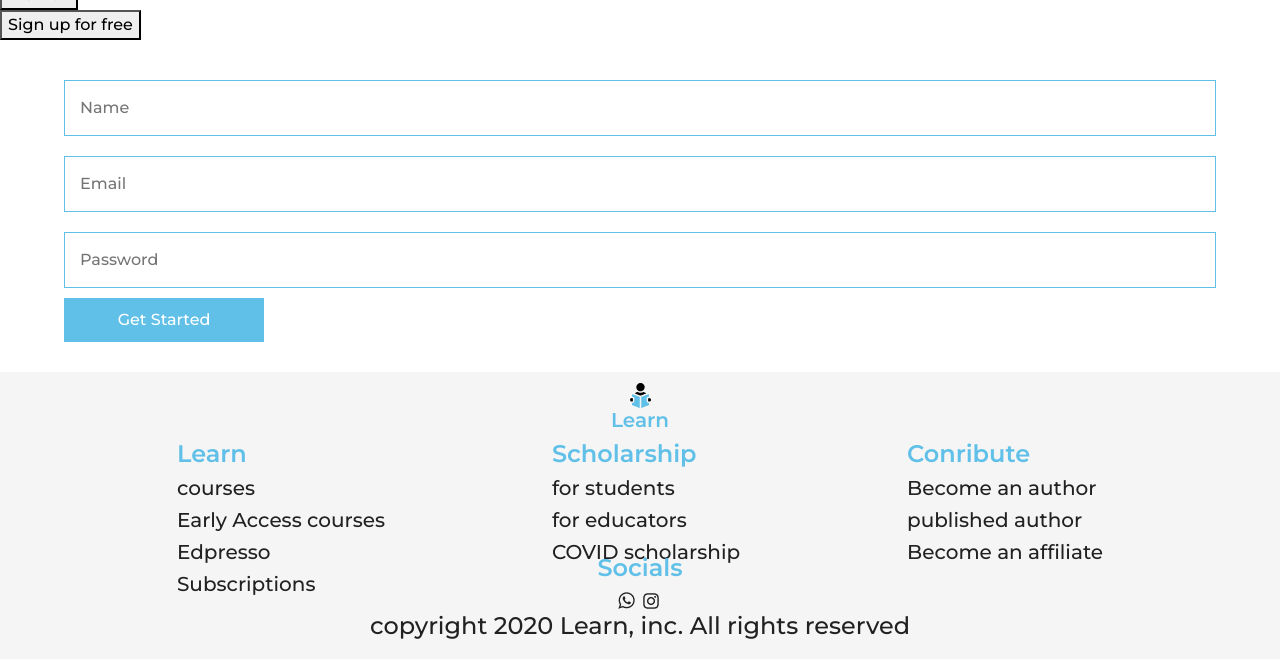
Repository: TiaraOluwanimi/team5
Page: tutor.html
These files come from the project's save history. The page is drawn as it stood at one moment and after the next save; the edit follows.
The browser window is 1280 px wide. The pictures show the part of the page from y = 2365 to 3024 px (the page is 3024 px tall before and 2964 px after).
A picture or video elsewhere on the page could not be fetched, so the positions and the page height are approximate. Some web libraries are served in a nearby version.

Above is the page before, as saved 2020-08-08 11:37:25.

### tutor.html
<!DOCTYPE html>
<html lang="en">
  <head>
    <meta charset="UTF-8" />
    <meta name="viewport" content="width=device-width, initial-scale=1.0" />
    <title>Online Tutoring</title>
    <!-- Custom Css -->
    <link rel="stylesheet" href="./assets/css/header-footer.css" />
    <link rel="stylesheet" href="./assets/css/tutor.css" />
    <link rel="stylesheet" href="./assets/css/testimonial.css" />
    <!-- Favicon -->
    <link rel="shortcut icon" href="" type="image/x-icon" />
    <!---------------------- CDNs----------------- -->
    <!-- Bootstrap CSS CDN -->
    <link
      rel="stylesheet"
      href="https://maxcdn.bootstrapcdn.com/bootstrap/4.0.0/css/bootstrap.min.css"
      integrity="sha384-Gn5384xqQ1aoWXA+058RXPxPg6fy4IWvTNh0E263XmFcJlSAwiGgFAW/dAiS6JXm"
      crossorigin="anonymous"
    />
    <!-- fontawesome CDN -->
    <!-- Google Font -->
    <link href="https://fonts.googleapis.com/css2?family=Montserrat:wght@500;600&display=swap" rel="stylesheet">
    <!-- Font Awesome -->
    <script src="https://kit.fontawesome.com/0f19ba4771.js" crossorigin="anonymous"></script>

</head>

<body>
    <!-- Welcome to this online tutoring website. 😊 -->
    <!--  Header  -->
    <nav class="nav1">
      <a href="#"><img src="./assets/img/logo.png" alt="" /></a>
      <div class="nav1div1">
        <img
          class="searchicon"
          onclick="displaySearchBar()"
          src="./assets/img/search.png"
          alt=""
        />
        <button class="nav1butt1">Log in</button>
        <button class="nav1butt2">Join for free</button>
      </div>
      <div class="nav1div2 display">
        <input
          class="searchbar"
          type="text"
          placeholder="Enter Text here"
          name=""
          id=""
        />
      </div>
    </nav>

    <!-- Landing Page -->
    <div class="div1">
        <img class="div1img1" src="./assets/img/hero-img.png" alt="">
        <div class="div1div1">
            <i class="fas fa-play-circle fa-2x div1img2"></i>
            &nbsp;&nbsp;&nbsp;
            <h3 class="div1hh1">TAKE A TOUR</h3>
        </div>
    </div>

    <div class="div2">
        <h1 class="div2hh1">
            LEARN ALL YOU WANT, AT YOUR OWN
            <span class="div2hh2">PACE.</span>
        </h1>
        <h4 class="div2hh3">
            Lorem ipsum dolor sit amet, consectetur
            adipiscing elit, sed do eiusmod tempor
            incididunt ut labore et dolore magna
            aliqua. Ut enim ad minim veniam, quis
            nostrud exercitation ullamco laboris nisi
            ut aliquip ex ea commodo consequat.
        </h4>
        <div class="div2div1">
            <button class="div2butt1">Get Started</button>
        </div>
    </div>
    <!-- join us section -->
    <section id="join-us" class="py-5" style="position: relative;">
        <div style="position: absolute; right: 0px; top:-10px;">
          <img src="./assets/img/Ellipse 13.png" alt="" class="img-fluid" />
        </div>
        <div class="container">
          <div class="row">
            <div class="col-12 mx-auto text-center">
              <h4 class="mx-auto sec-head">
                <span><strong>Join Us</strong></span>
              </h4>
              <p>
                Join us for free classes taught by experts. And explore hundreds
                of free online classes.
              </p>
            </div>
            <div class="row py-3">
                <div class="col-md-4 text-center my-3">
                  <div class="box-shadow py-3">
                    <img
                      src="./assets/img/course.png"
                      alt=""
                      class="join-img img-fluid rounded-circle w-50"
                    />
                    <h4 class="my-5"><strong>Choose a Course</strong></h4>
                  </div>
                </div>
                <div class="col-md-4 text-center my-3">
                  <div class="box-shadow py-3">
                    <img
                      src="./assets/img/skillset.png"
                      alt=""
                      class="join-img img-fluid rounded-circle w-50"
                    />
                    <h4 class="my-5"><strong>Grow your skillset</strong></h4>
                  </div>
                </div>
                <div class="col-md-4 text-center my-3">
                  <div class="box-shadow py-3">
                    <img
                      src="./assets/img/mentorship.png"
                      alt=""
                      class="join-img img-fluid rounded-circle w-50"
                    />
                    <h4 class="my-5"><strong>Meet a mentor</strong></h4>
                  </div>
                </div>
                <button
                  class="btn btn-lg btn-outline-primary py-3 px-5 rounded-0 mx-auto"
                >
                  View All
                </button>
              </div>
            </div>
          </section>

    <!-- service section -->
    <section id="services" class="py-5" style="position: relative;">
      <div style="position: absolute; left: 0px; top: -30px;">
        <img src="./assets/img/Ellipse 10.png" alt="" />
      </div>
      <div
        style="position: absolute; right: 0px; top: 30%; transform: scale(-1);"
      >
        <img src="./assets/img/Ellipse 10.png" alt="" />
      </div>
      <div class="container">
        <div class="row">
          <div class="col-12 mx-auto text-center">
            <h4 class="mx-auto sec-head">
              <span><strong>Services</strong></span>
            </h4>
            <p>
              Helping over 5,000 students reach their ultimate goals with our
              special packages.
            </p>
          </div>
        </div>
        <div class="row p-3">
          <div class="col-md-4 text-center py-3">
            <h4><strong>Get help, FAST</strong></h4>
            <img
              src="./assets/img/hourglass 1.png"
              alt=""
              class="img-fluid w-25 my-3"
            />
            <p class="my-3" style="font-size: 14px;">
              Lorem ipsum dolor sit amet, consectetur adipiscing elit, sed do
              eiusmod tempor incididunt ut labore et dolore magna aliqua. Ut
              enim ad minim veniam, quis nostrud exercitation ullamco laboris
              nisi ut aliquip ex ea commodo consequat. um.
            </p>
            <h6 class="border py-3 px-1 mx-3 border-primary">
              Learn More <i></i>
            </h6>
          </div>
          <div class="col-md-4 text-center py-3">
            <h4><strong>Personalised tutoring</strong></h4>
            <img
              src="./assets/img/teacher 1.png"
              alt=""
              class="img-fluid w-25 my-3"
            />
            <p class="my-3" style="font-size: 14px;">
              Lorem ipsum dolor sit amet, consectetur adipiscing elit, sed do
              eiusmod tempor incididunt ut labore et dolore magna aliqua. Ut
              enim ad minim veniam, quis nostrud exercitation ullamco laboris
              nisi ut aliquip ex ea commodo consequat. um.
            </p>
            <h6 class="border py-3 px-1 mx-3 border-primary">
              Learn More <i></i>
            </h6>
          </div>
          <div class="col-md-4 text-center py-3">
            <h4><strong>80+ Courses</strong></h4>
            <img
              src="./assets/img/test 1.png"
              alt=""
              class="img-fluid w-25 my-3"
            />
            <p class="my-3" style="font-size: 14px;">
              Lorem ipsum dolor sit amet, consectetur adipiscing elit, sed do
              eiusmod tempor incididunt ut labore et dolore magna aliqua. Ut
              enim ad minim veniam, quis nostrud exercitation ullamco laboris
              nisi ut aliquip ex ea commodo consequat. um.
            </p>
            <h6 class="border py-3 px-1 mx-3 mx-lg-1 border-primary">
              Learn More <i></i>
            </h6>
          </div>
        </div>
      </div>
    </section>
    <!-- Testimonial section -->
    <section>
      <div>
        <div class="testimonial-heading">
          <div>
            <hr>
            <span>Testimonials</span>
            <hr>
          </div>
          <p>what our awesome client are saying</p>
        </div>
        <div  id="testimonial-details">
          <div class="testimonial-card col-3">
            <img src="./assets/img/Ellipse 7.png" alt="">
            <div class="testimonial-statement">
              <p>Lorem ipsum dolor sit amet, consectetur adipiscing elit, sed do odo consequat. um.</p>
            </div>
            <p>-Rafiu</p>
          </div>
          <div class="testimonial-card col-3">
            <img src="./assets/img/Ellipse 7.png" alt="">
            <div class="testimonial-statement">
              <p>Lorem ipsum dolor sit amet, consectetur adipiscing elit, sed do odo consequat. um.</p>
            </div>
            <p>-Rafiu</p>
          </div>
          <div class="testimonial-card col-3">
            <img src="./assets/img/Ellipse 7.png" alt="">
            <div class="testimonial-statement">
              <p>Lorem ipsum dolor sit amet, consectetur adipiscing elit, sed do odo consequat. um.</p>
            </div>
            <p>-Rafiu</p>
          </div>

        </div>
          <button>View all</button>
        <div id="sign-button">

          <button>Sign up for free</button>
        </div>
        <div class="testimonial-container">
          <form >
            <input type="text" placeholder="Name">
            <input type="email" placeholder="Email">
            <input type="password" placeholder="Password">
            <button>Get Started</button>
          </form>
        </div>
      </div>
    </section>
    <!--  Footer  -->
    <footer class="footer1">
      <div class="footer1div1">
        <img class="footer1img1" src="./assets/img/logo.png" alt="" />
        <h5 class="footer1hh1">Learn</h5>
      </div>

      <div class="footer1div2">
        <div class="footer1div3">
          <h4 class="footer1hh2">Learn</h4>
          <a href="" class="footer1link1"
            ><h5 class="footer1hh3">courses</h5></a
          >
          <a href="" class="footer1link1"
            ><h5 class="footer1hh3">Early Access courses</h5></a
          >
          <a href="" class="footer1link1"
            ><h5 class="footer1hh3">Edpresso</h5></a
          >
          <a href="" class="footer1link1"
            ><h5 class="footer1hh3">Subscriptions</h5></a
          >
        </div>
        <div class="footer1div4">
          <h4 class="footer1hh2">Scholarship</h4>
          <a href="" class="footer1link1"
            ><h5 class="footer1hh3">for students</h5></a
          >
          <a href="" class="footer1link1"
            ><h5 class="footer1hh3">for educators</h5></a
          >
          <a href="" class="footer1link1"
            ><h5 class="footer1hh3">COVID scholarship</h5></a
          >
        </div>
        <div class="footer1div5">
          <h4 class="footer1hh2">Conribute</h4>
          <a href="" class="footer1link1"
            ><h5 class="footer1hh3">Become an author</h5></a
          >
          <a href="" class="footer1link1"
            ><h5 class="footer1hh3">published author</h5></a
          >
          <a href="" class="footer1link1"
            ><h5 class="footer1hh3">Become an affiliate</h5></a
          >
        </div>
      </div>

      <div class="footer1div6">
        <h4 class="footer1hh2 redd">Socials</h4>
        <a href="#"><img src="./assets/img/whatsapp.png" alt="" /></a>
        <a href="#"><img src="./assets/img/instagram.png" alt="" /></a>
      </div>

      <h4 class="footer1hh4">
        copyright 2020 Learn, inc. All rights reserved
      </h4>
    </footer>

    <!---------------------- CDNs----------------- -->
    <!-- jQuery CDN -->
    <script
      src="https://code.jquery.com/jquery-3.2.1.slim.min.js"
      integrity="sha384-KJ3o2DKtIkvYIK3UENzmM7KCkRr/rE9/Qpg6aAZGJwFDMVNA/GpGFF93hXpG5KkN"
      crossorigin="anonymous"
    ></script>
    <!-- ajax CDN -->
    <script
      src="https://cdnjs.cloudflare.com/ajax/libs/popper.js/1.12.9/umd/popper.min.js"
      integrity="sha384-ApNbgh9B+Y1QKtv3Rn7W3mgPxhU9K/ScQsAP7hUibX39j7fakFPskvXusvfa0b4Q"
      crossorigin="anonymous"
    ></script>
    <!-- BootstrapJS CDN -->
    <script
      src="https://maxcdn.bootstrapcdn.com/bootstrap/4.0.0/js/bootstrap.min.js"
      integrity="sha384-JZR6Spejh4U02d8jOt6vLEHfe/JQGiRRSQQxSfFWpi1MquVdAyjUar5+76PVCmYl"
      crossorigin="anonymous"
    ></script>
    <!-- Custom Javascript Links -->
    <script src="./assets/js/tutor.js"></script>
  </body>
</html>

### assets/css/header-footer.css

/*  Header Navbar */
body{
  margin: 0;
}
.nav1{
   margin: 10px;
}
.nav1div1{
    display: inline;
    float: right;
}
.nav1butt1{
    color: #212121;
    border-color: #212121;
    border-width: 1px;
    background-color: #FFFFFF;
    padding: 7px 7px;
    font-family: 'Montserrat', sans-serif;
    font-weight: 500;
    outline: none;
    margin-left: 35px;
}
.nav1butt2{
    color: #FFFFFF;
    border-color: #60C0E8;
    border: none;
    background-color: #60C0E8;
    padding: 8px 7px;
    font-family: 'Montserrat', sans-serif;
    font-weight: 500;
    outline: none;
    margin-left: 8px;
}
.nav1butt1:hover{
    background-color: #f0f0f0;
      cursor: pointer;
}
.nav1butt2:hover{
    background-color: #60adce;
    cursor: pointer;
}
.searchicon:hover{
    cursor: pointer;
}
.nav1div2{
    text-align: center;
    width: 100%;
    margin-top: 10px;
}
.searchbar{
    width: 60%;
    font-family: 'Montserrat', sans-serif;
    outline: none;
    border-radius: 10px;
    padding: 10px;
    border-width: 1px;
}
.footer1link1{
    text-decoration: none;
}
.display{
    display: none;
}



/*  Footer  */
.footer1{
    padding: 10px;
    background-color: #F5F5F5;
}
.footer1div1{
    text-align: center;
}
.footer1hh1{
    margin-top: 0px;
    font-family: 'Montserrat', sans-serif;
    color: #60C0E8;
    font-weight: 600;
}
.footer1div2{
    display: flex;
    flex-direction:row;
    justify-content: space-evenly;
}
.footer1hh2{
    font-family: 'Montserrat', sans-serif;
    color: #60C0E8;
    font-weight: 600;
}
.footer1hh3{
    font-family: 'Montserrat', sans-serif;
    color: #212121;
    font-weight: normal;
}
.footer1div6{
    text-align: center;
    margin-top: -50px;
}
.redd{
    margin-bottom: 5px;
}
.footer1hh4{
    text-align: center;
    font-family: 'Montserrat', sans-serif;
    color: #212121;
    font-style: normal;
    font-weight: 500;
}

/* Footer Media Queries */
@media only screen and (max-width: 399px) {
    .footer1div2{
        flex-direction: column;
        align-items: center;
    }
    .footer1div6{
        text-align: center;
        margin-top: -10px;
    }
}

### assets/css/tutor.css
* {
  font-family: "Montserrat", sans-serif;
}
.div1 {
  margin: 10px;
  text-align: center;
}
.div1div1 {
  width: 100%;
  display: flex;
  justify-content: center;
  background-color: #60c0e8;
  margin-top: -5px;
}
.div1img1 {
  width: 100%;
  height: 350px;
}
.div1img2 {
  padding-top: 15px;
  color: #ffffff;
}
.div1div1:hover {
  background-color: #60adce;
  cursor: pointer;
}
.div1hh1 {
  font-family: "Montserrat", sans-serif;
  font-weight: 600;
  color: #ffffff;
}

.div2 {
  margin: 10px;
}
.div2hh1 {
  font-family: "Montserrat", sans-serif;
  text-align: center;
  color: #3a3a3a;
  font-weight: bold;
}
.div2hh2 {
  color: #60c0e8;
}
.div2hh3 {
  font-family: "Montserrat", sans-serif;
  text-align: center;
  color: #000000;
  font-weight: 500;
}
.div2div1 {
  text-align: center;
}
.div2butt1 {
  background-color: #60c0e8;
  font-weight: 500;
  color: #ffffff;
  border: none;
  outline: none;
  padding: 15px 30px;
  font-size: large;
}
.div2butt1:hover {
  background-color: #60adce;
  cursor: pointer;
}

/* this handles the line in each section heading  */
.sec-head {
  width: 30%;
  text-align: center;
  border-bottom: 2px solid #000;
  line-height: 0.1em;
  margin: 10px 0 20px;
}
.sec-head span {
  background: #fff;
  padding: 0 10px;
}
/* join us images border */
.join-img {
  border: 5px solid #60c0e8 !important;
}
/* box shadow */
.box-shadow {
  box-shadow: 0px 5px 30px 0.5px #e6e6e6;
}
.box-shadow:hover {
  box-shadow: 0px 5px 30px 5px #c7c7c7;
}

@media screen and (max-width: 320px) {
  .sec-head {
    width: 70%;
  }
}

### assets/css/testimonial.css
.testimonial-heading{
    text-align:center;
    margin-bottom: 50px;;
}
.testimonial-card{
    text-align: center;
    width:500px;
    padding:15px;
    position: relative;
    background-color: #60C0E8;
    margin: 50px 20px 25px;


}
.testimonial-card img{
    margin-top:-60px;

    width:120px;
    border: 8px solid white;
    border-radius: 100%;

}
.testimonial-statement{
    color:#fff;
    margin:10px 0;
}
#testimonial-details{
    display:flex;
    justify-content: space-around;
    flex-wrap:nowrap;
    overflow-x: scroll;
}
.testimonial-container{
    width:90%;
    margin:0 auto;
    overflow: hidden;
}

form{
    box-sizing: border-box;
    margin:30px 0;
}
form input{
    width:100%;
    margin:10px 0;
    padding:15px;
    border: 1px solid #60C0E8;
    box-sizing: border-box;
}

form button{
    width:200px;
    margin: 0 auto;
    background: #60C0E8;
    color:#fff;
    padding:10px;
    border:none;
}

### assets/js/tutor.js

function displaySearchBar(){
    document.querySelector(".nav1div2").classList.toggle("display");
}

After the next save:
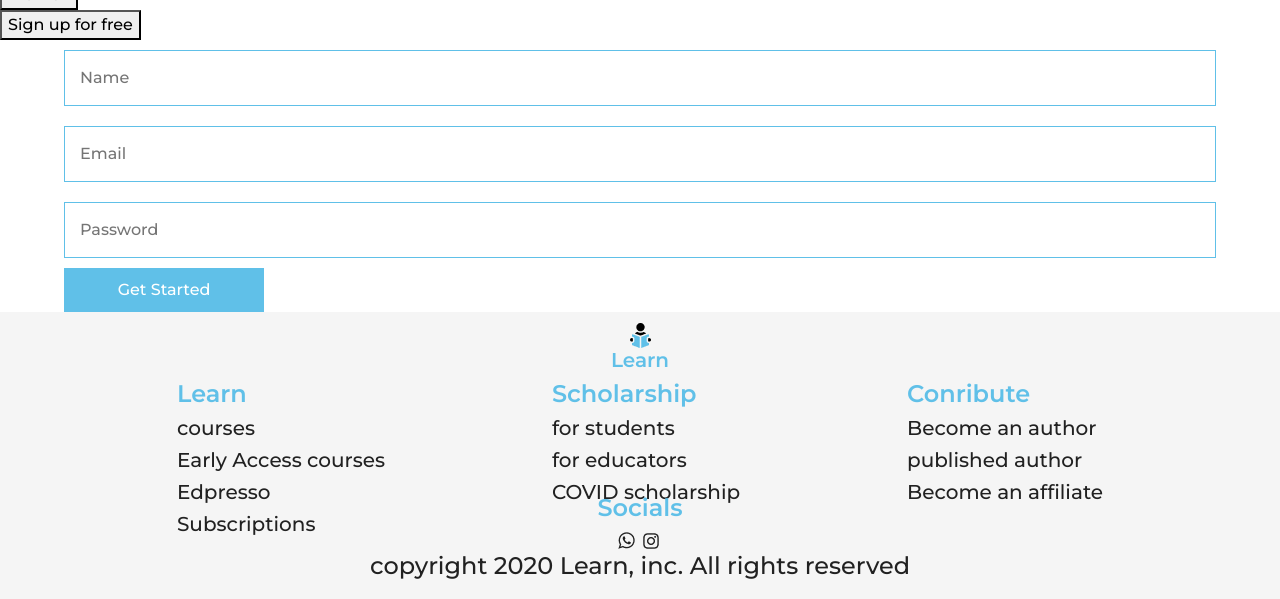
Saved 10 s later.
--- a/assets/css/testimonial.css
+++ b/assets/css/testimonial.css
@@ -36,6 +36,7 @@
     overflow: hidden;
 }
 
+#
 form{
     box-sizing: border-box;
     margin:30px 0;

After the 2 saves that followed:
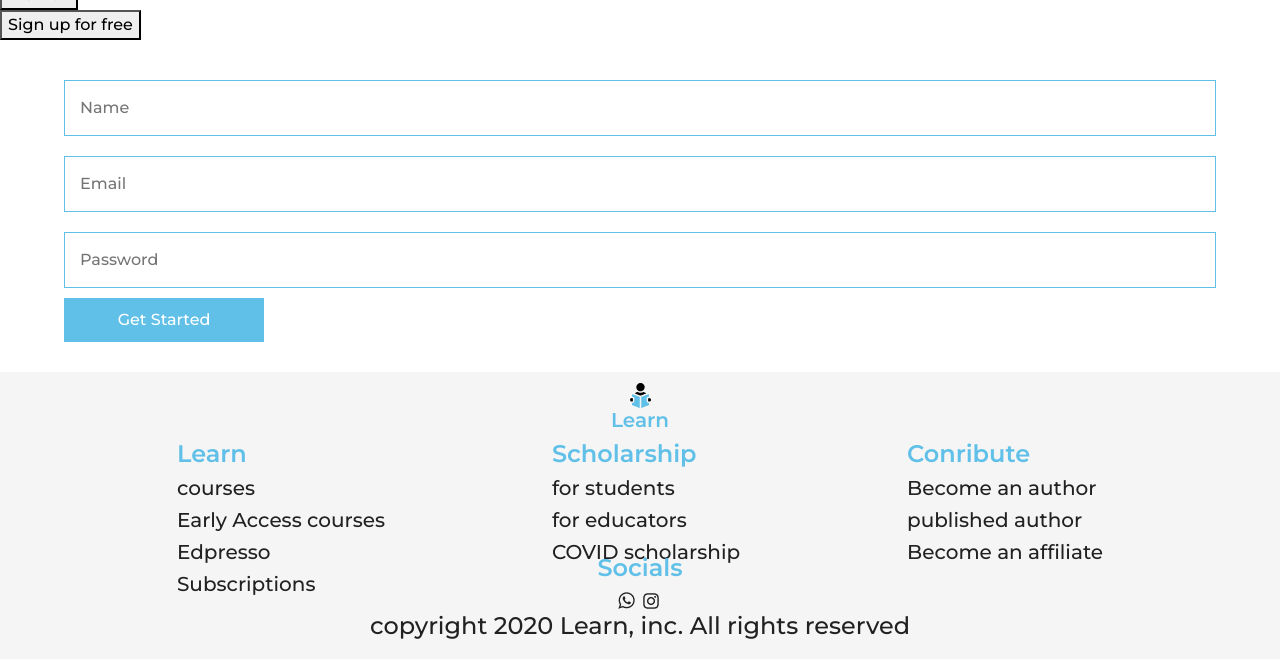
The 2 saves are shown as one change because they came seconds apart.
The last was saved 12 s later.
--- a/assets/css/testimonial.css
+++ b/assets/css/testimonial.css
@@ -36,7 +36,9 @@
     overflow: hidden;
 }
 
-#
+#sign-button{
+    background: ;
+}
 form{
     box-sizing: border-box;
     margin:30px 0;
